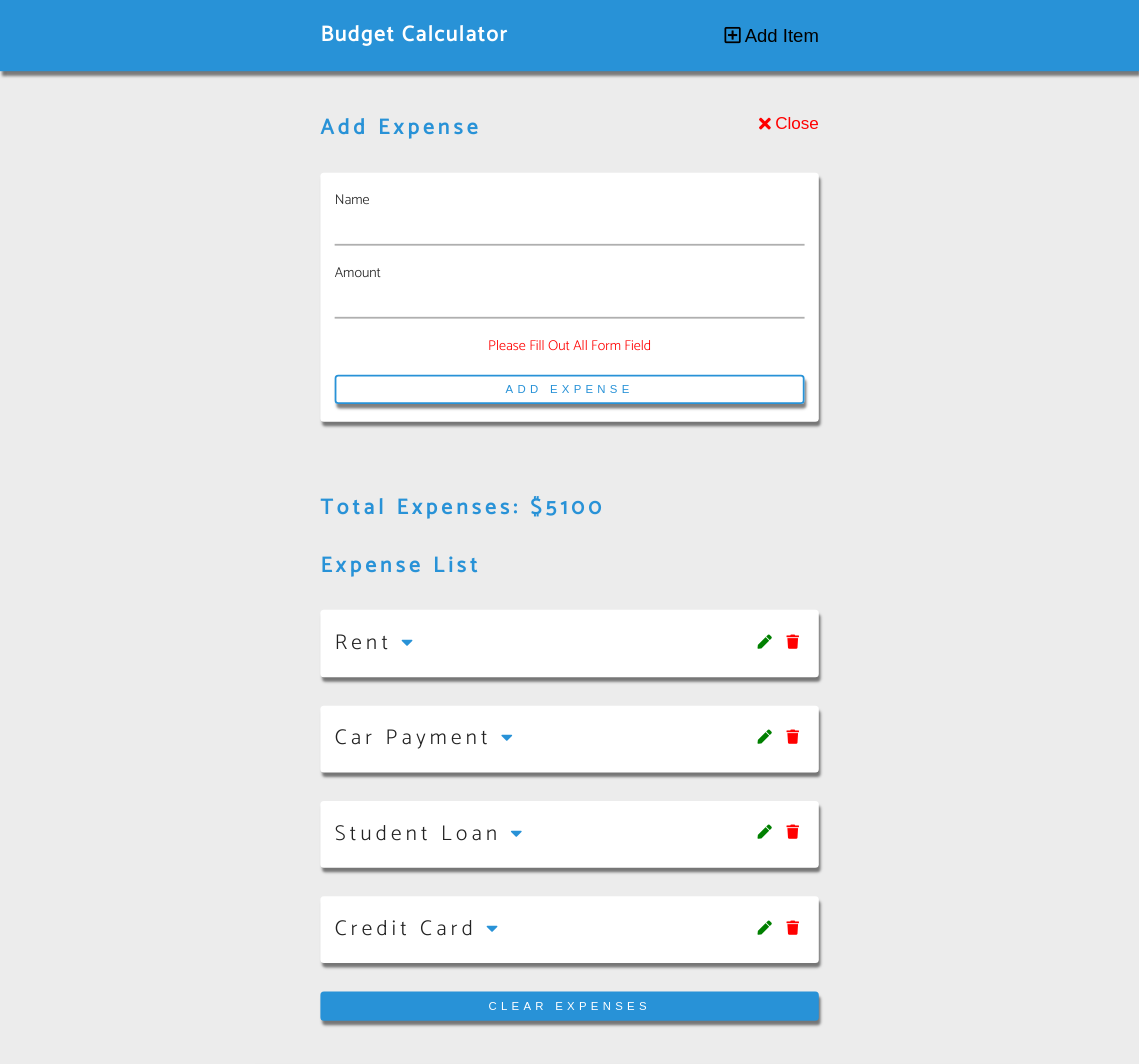
Repository: webdril/budget
Page: /
An editor plug-in stored every save of this project. The page is shown before and after the next save, followed by the edit.
The browser window is 1280 px wide. The pictures show the whole page, at 89% of full size.
The project was rebuilt for these pictures with package versions that can differ from the ones it lists, and the page was loaded fresh each time.

Above is the page before, as saved 2020-03-14 00:09:03.

After the next save:
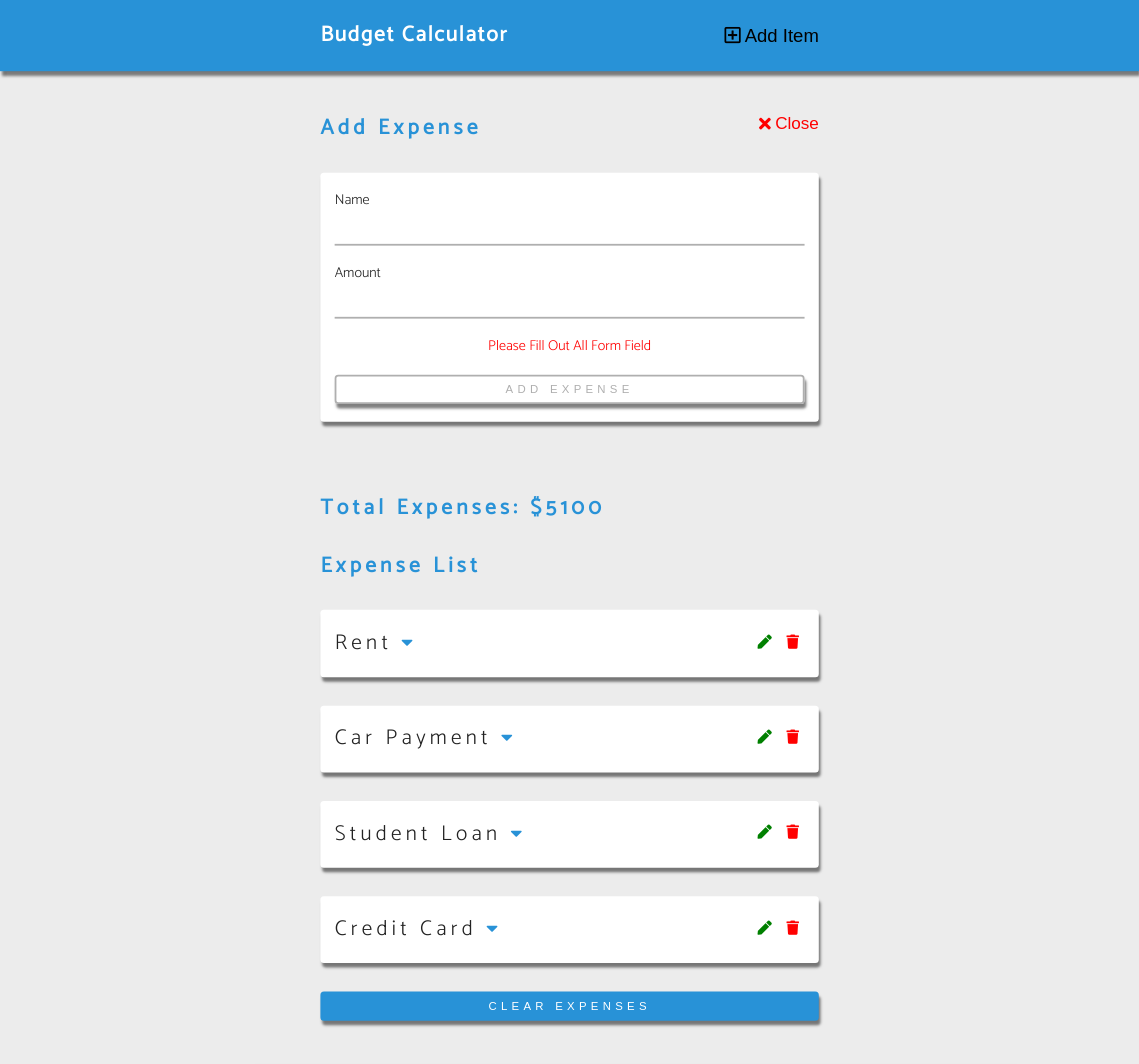
Saved 55 s later.
--- a/src/ExpenseForm.svelte
+++ b/src/ExpenseForm.svelte
@@ -23,7 +23,7 @@ $: isEmpty = !name || !amount
                 <p class="form-empty">Please fill out all form field</p>
 
         {/if}
-        <button type="submit" class="btn btn-block" disabled={isEmpty}>add expense</button >
+        <button type="submit" class="btn btn-block disabled" disabled={isEmpty}>add expense</button >
         <button type="button" class="close-btn">
         <i class="fas fa-times" />close
         </button>
